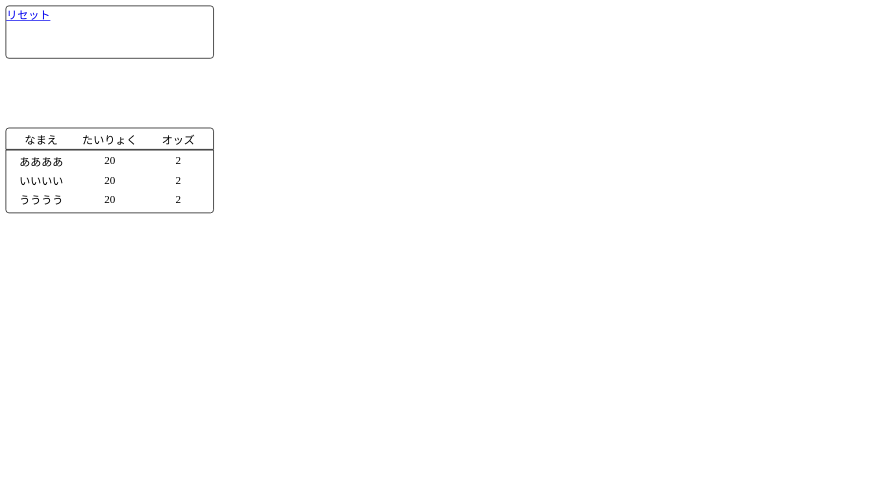
Repository: kousuke-2047/test
Page: http://localhost/Oldmove/SelectmonsterAction.action
The author's editor kept a copy of each file at every save. The page is drawn from the files as they stood at one save, then again after the next save.
The browser window is 1280 px wide. The pictures show the whole page, at 69% of full size.
The page is served by Tomcat 9. Other server files are loaded and not shown. The database holds what the project's SQL file puts in it.

Above is the page before, as saved 2018-06-25 07:19:09.

### Oldmove/WebContent/selectmonster.jsp
<%@ page language="java" contentType="text/html; charset=UTF-8"
    pageEncoding="UTF-8"%>
<%@ taglib prefix="s" uri="/struts-tags"%>
<!DOCTYPE html>
<html>
<head>
<meta http-equiv="Content-Type" content="text/html; charset=UTF-8">
<link rel="stylesheet" href="./css/selectstyle.css">
<script src="https://ajax.googleapis.com/ajax/libs/jquery/3.3.1/jquery.min.js"></script>

<title>選択画面</title>
</head>
<body>

	<script type="text/javascript" src="./js/selectscript.js">
	</script>

	<div class="datebox">
		<a href='<s:url action="SelectmonsterAction"/>'>
		リセット
		</a>
	</div>

	<div class="enemybox">

		<div class="messagebox">
		いくらかけますか？
			<div class="selectbutton">
				<a href ='<s:url action="LeadyAction"/>'>
				はい
				</a>
			</div>
			<div class="selectbutton">
			いいえ
			</div>
		</div>
	</div>



	<div class="texttopbox">

	<table>
		<tr>
			<td>なまえ</td>
			<td>たいりょく</td>
			<td>オッズ</td>
		</tr>
	</table>

	</div>
	<div class="textbottombox">

	<table>
		<s:iterator value="selectmonsterList">
			<tr class="selectbox">
				<td><s:property value="name"/></td>
				<td><s:property value="hp"/></td>
				<td><s:property value="odds"/></td>

			</tr>
		</s:iterator>
	</table>

	</div>


</body>
</html>

### Oldmove/src/com/oldmove/dao/SelectmonsterDAO.java
package com.oldmove.dao;

import java.sql.Connection;
import java.sql.PreparedStatement;
import java.sql.ResultSet;
import java.sql.SQLException;
import java.util.ArrayList;

import com.oldmove.dto.SelectmonsterDTO;
import com.oldmove.util.DBConnector;

public class SelectmonsterDAO {

	private DBConnector dbc = new DBConnector();
	private Connection con = dbc.getConnection();
	private ArrayList<SelectmonsterDTO> selectmonsterList = new ArrayList<SelectmonsterDTO>();


	public ArrayList<SelectmonsterDTO> getselectInfo(int menber){

		String sql = "select * from battlemonster where menber =?";

		try{
			PreparedStatement ps = con.prepareStatement(sql);
			ps.setInt(1, menber);
			ResultSet rs = ps.executeQuery();
			while(rs.next()){
				SelectmonsterDTO dto = new SelectmonsterDTO();
				dto.setId(rs.getInt("id"));
				dto.setName(rs.getString("name"));
				dto.setHp(rs.getInt("hp"));
				dto.setMp(rs.getInt("mp"));
				dto.setOdds(rs.getInt("odds"));
				dto.setFilepath(rs.getString("filepath"));
				dto.setFilename(rs.getString("filename"));
				dto.setMenber(rs.getInt("menber"));
				selectmonsterList.add(dto);
			}
		}catch(SQLException e){
			e.printStackTrace();
		}
		return selectmonsterList;
	}

	public void Resethp(){
		String sql="update battlemonster set hp = maxhp,mp=maxmp";
		try{
			PreparedStatement ps = con.prepareStatement(sql);
			ps.execute();

		}catch(SQLException e){
			e.printStackTrace();
		}
	}
}

### Oldmove/src/com/oldmove/util/DBConnector.java
package com.oldmove.util;

import java.sql.Connection;
import java.sql.DriverManager;
import java.sql.SQLException;

public class DBConnector {

	private static String driverName = "com.mysql.jdbc.Driver";
	private static String url = "jdbc:mysql://localhost/oldmove";
	private static String user = "root";
	private static String password = "mysql";

	public Connection getConnection(){
		Connection con = null;

		try{
			Class.forName(driverName);
			con =(Connection) DriverManager.getConnection(url,user,password);
		}catch(ClassNotFoundException e){
			e.printStackTrace();
		}catch(SQLException e){
			e.printStackTrace();
		}
		return con;
	}

}

### Oldmove/src/com/oldmove/util/RandomInt.java
package com.oldmove.util;

public class RandomInt {

	public int getSelectmenber(int menbers){

		int i = (int)(Math.random()*menbers+1);

		return i;
	}

}

### Oldmove/src/com/oldmove/dto/SelectmonsterDTO.java
package com.oldmove.dto;

public class SelectmonsterDTO {

	private int id;
	private String name;
	private int menber;
	private int power;
	private int guard;
	private int hp;
	private int maxhp;
	private int mp;
	private int maxmp;
	private int actiontype;
	private int odds;
	private String filepath;
	private String filename;

	public int getId(){
		return id;
	}
	public void setId(int id){
		this.id = id;
	}
	public String getName(){
		return name;
	}
	public void setName(String name){
		this.name = name;
	}
	public int getMenber(){
		return menber;
	}
	public void setMenber(int menber){
		this.menber = menber;
	}
	public int getPower(){
		return power;
	}
	public void setPower(int power){
		this.power = power;
	}
	public int getGuard(){
		return guard;
	}
	public void setGuard(int guard){
		this.guard = guard;
	}
	public int getHp(){
		return hp;
	}
	public void setHp(int hp){
		this.hp = hp;
	}
	public int getMaxhp(){
		return maxhp;
	}
	public void setMaxhp(int maxhp){
		this.maxhp = maxhp;
	}
	public int getMp(){
		return mp;
	}
	public void setMp(int mp){
		this.mp = mp;
	}
	public int getMaxmp(){
		return maxmp;
	}
	public void setMaxmp(int maxmp){
		this.maxmp = maxmp;
	}
	public int getActiontype(){
		return actiontype;
	}
	public void setActiontype(int actiontype){
		this.actiontype = actiontype;
	}
	public int getOdds(){
		return odds;
	}
	public void setOdds(int odds){
		this.odds = odds;
	}
	public String getFilepath(){
		return filepath;
	}
	public void setFilepath(String filepath){
		this.filepath = filepath;
	}
	public String getFilename(){
		return filename;
	}
	public void setFilename(String filename){
		this.filename = filename;
	}

}

### Oldmove/WebContent/css/selectstyle.css
@CHARSET "UTF-8";
.datebox{
	width:300px;
	height:75px;
	border:1px solid black;
	border-radius:5px;
}
.enemybox{
	height:90px;
	width:100%;
	padding-top:10px;
}
.messagebox{
	height:70px;
	width:180px;
	margin-left:15px;
	border-radius:5px;
	border:1px solid white;
	color:white;
	text-align:center;
}

.selectbutton{
	height:31px;
	width:88px;
	text-align:center;
	float:left;
	border:1px solid white;
	border-top:2px solid white;
}




.texttopbox{
	height:30px;
	width:300px;
	border:1px solid black;
	border-top-left-radius:5px;
	border-top-right-radius:5px;
}
.textbottombox{
	height:90px;
	width:300px;
	border:1px solid black;
	border-bottom-left-radius:5px;
	border-bottom-right-radius:5px;
}
td{
	width:100px;
	text-align:center;


}

tr.selectbox{
	color:black;
	width:100%;
	height:100%;
	width:100px;
	text-align:center;

}

### Oldmove/WebContent/js/selectscript.js
$(document).ready(function(){
	$(".messagebox").hide();
});

$(function(){
	$(".selectbutton").hover(
			function(){
				$(this).css("background-color","lightgray");
				$(this).css("color","red");
			},
			function(){
				$(this).css("background-color","white");
				$(this).css("color","black");
			});
});

$(function(){
	$(".selectbutton").click(function(){
		$(".messagebox").hide();
	});
});

$(function(){
	$("tr.selectbox").hover(
			function(){
				$(this).css("background-color","lightgray");
				$(this).css("color","red");
			},
			function(){
				$(this).css("background-color","white");
				$(this).css("color","black");
			});
});

$(function(){
	$("tr.selectbox").click(function(){
		$(".messagebox").css("color","black");
		$(".messagebox").css("border-color","black");
		$(".messagebox").fadeIn(0);
	});
});

### Oldmove/sql/oldmove.sql (the tables this page reads)
create table battlemonster(
	id int not null primary key auto_increment,
	name varchar(16),
	menber int,
	power int,
	guard int,
	hp int,
	maxhp int,
	mp int,
	maxmp int,
	actiontype int,
	odds int,
	filepath varchar(100),
	filename varchar(100));

insert into battlemonster(name,menber,power,guard,hp,maxhp,mp,maxmp,actiontype,odds,filepath,filename)values("スライム",1,10,5,20,20,0,0,1,5,"./images","suraimu.jpg");

insert into battlemonster(name,menber,power,guard,hp,maxhp,mp,maxmp,actiontype,odds,filepath,filename)values("ドラキー",1,12,5,22,22,0,0,1,3,"./images","doraki.jpg");

insert into battlemonster(name,menber,power,guard,hp,maxhp,mp,maxmp,actiontype,odds,filepath,filename)values("ももんじゃ",1,15,7,25,25,0,0,1,2,"./images","momonja.jpg");

insert into battlemonster(name,menber,power,guard,hp,maxhp,mp,maxmp,actiontype,odds,filepath,filename)values("オーク",2,10,5,20,20,0,0,1,2,"./images","suraimu.jpg");

insert into battlemonster(name,menber,power,guard,hp,maxhp,mp,maxmp,actiontype,odds,filepath,filename)values("ばくだんいわ",2,10,5,20,20,0,0,1,2,"./images","suraimu.jpg");

insert into battlemonster(name,menber,power,guard,hp,maxhp,mp,maxmp,actiontype,odds,filepath,filename)values("ドラゴン",2,10,5,20,20,0,0,1,2,"./images","suraimu.jpg");

insert into battlemonster(name,menber,power,guard,hp,maxhp,mp,maxmp,actiontype,odds,filepath,filename)values("ああああ",3,10,5,20,20,0,0,1,2,"./images","suraimu.jpg");

insert into battlemonster(name,menber,power,guard,hp,maxhp,mp,maxmp,actiontype,odds,filepath,filename)values("いいいい",3,10,5,20,20,0,0,1,2,"./images","suraimu.jpg");

insert into battlemonster(name,menber,power,guard,hp,maxhp,mp,maxmp,actiontype,odds,filepath,filename)values("うううう",3,10,5,20,20,0,0,1,2,"./images","suraimu.jpg");

After the next save:
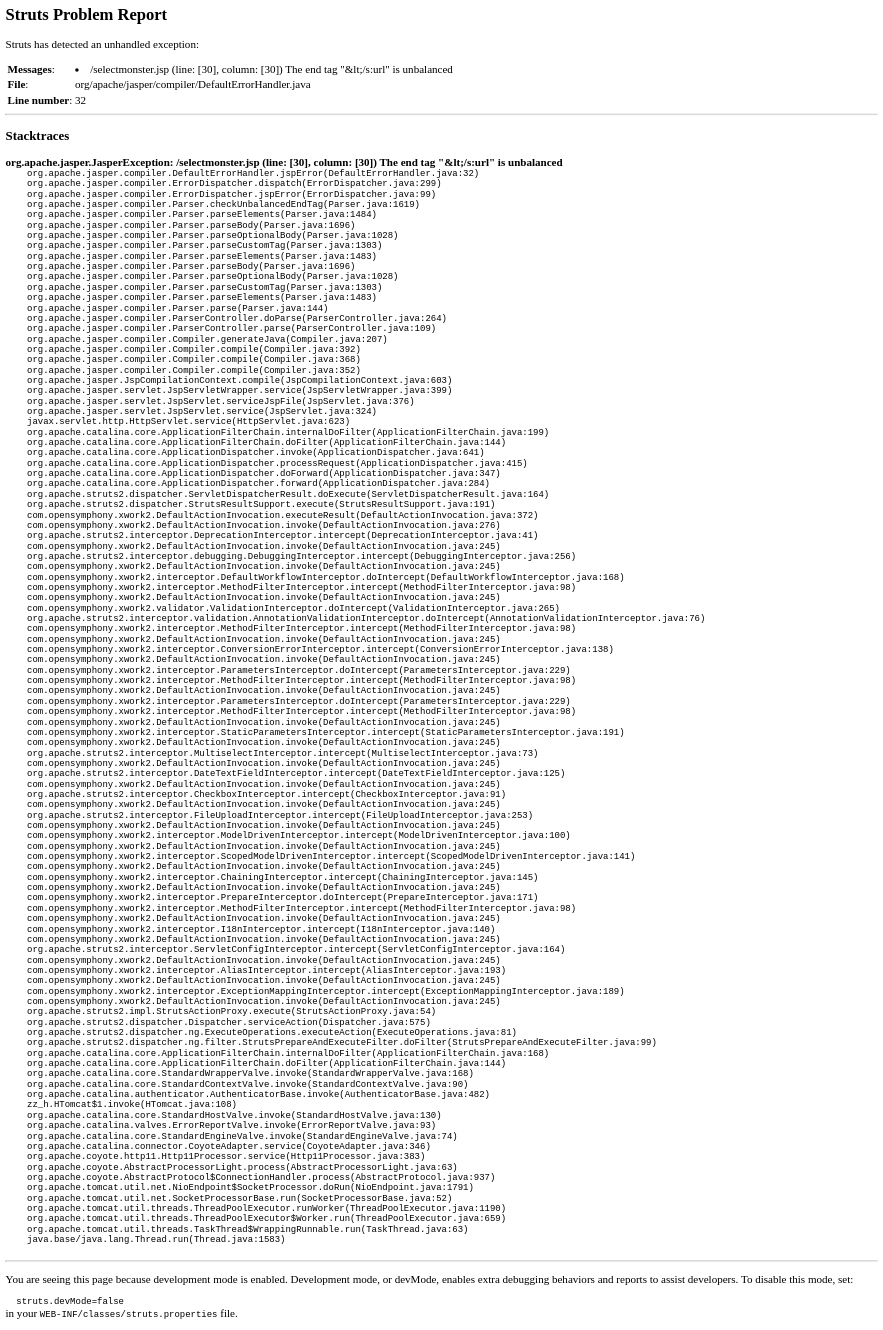
Saved 78 s later.
--- a/Oldmove/WebContent/selectmonster.jsp
+++ b/Oldmove/WebContent/selectmonster.jsp
@@ -26,7 +26,8 @@
 		<div class="messagebox">
 		いくらかけますか？
 			<div class="selectbutton">
-				<a href ='<s:url action="LeadyAction"/>'>
+				<a href ='<s:url action="LeadyAction">
+				<s:param name="" value=""></s:url>'>
 				はい
 				</a>
 			</div>

After the save that followed:
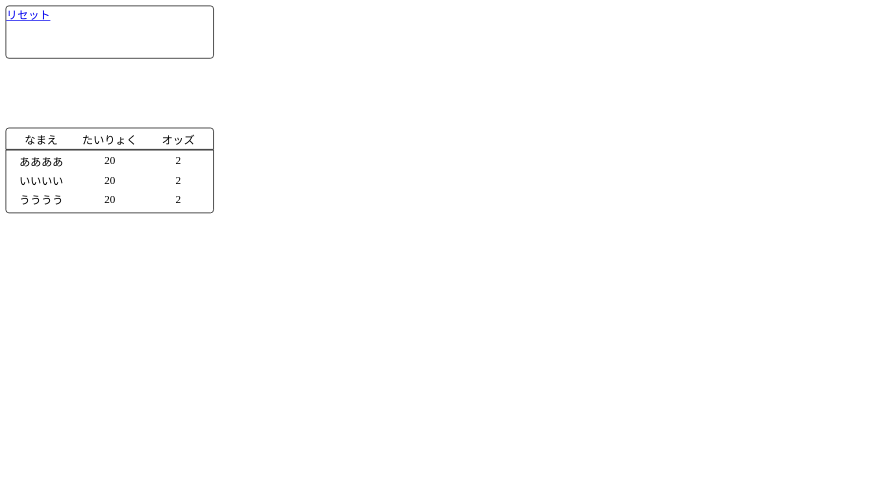
Saved 7 s later.
--- a/Oldmove/WebContent/selectmonster.jsp
+++ b/Oldmove/WebContent/selectmonster.jsp
@@ -27,7 +27,7 @@
 		いくらかけますか？
 			<div class="selectbutton">
 				<a href ='<s:url action="LeadyAction">
-				<s:param name="" value=""></s:url>'>
+				<s:param name="" value=""/></s:url>'>
 				はい
 				</a>
 			</div>
